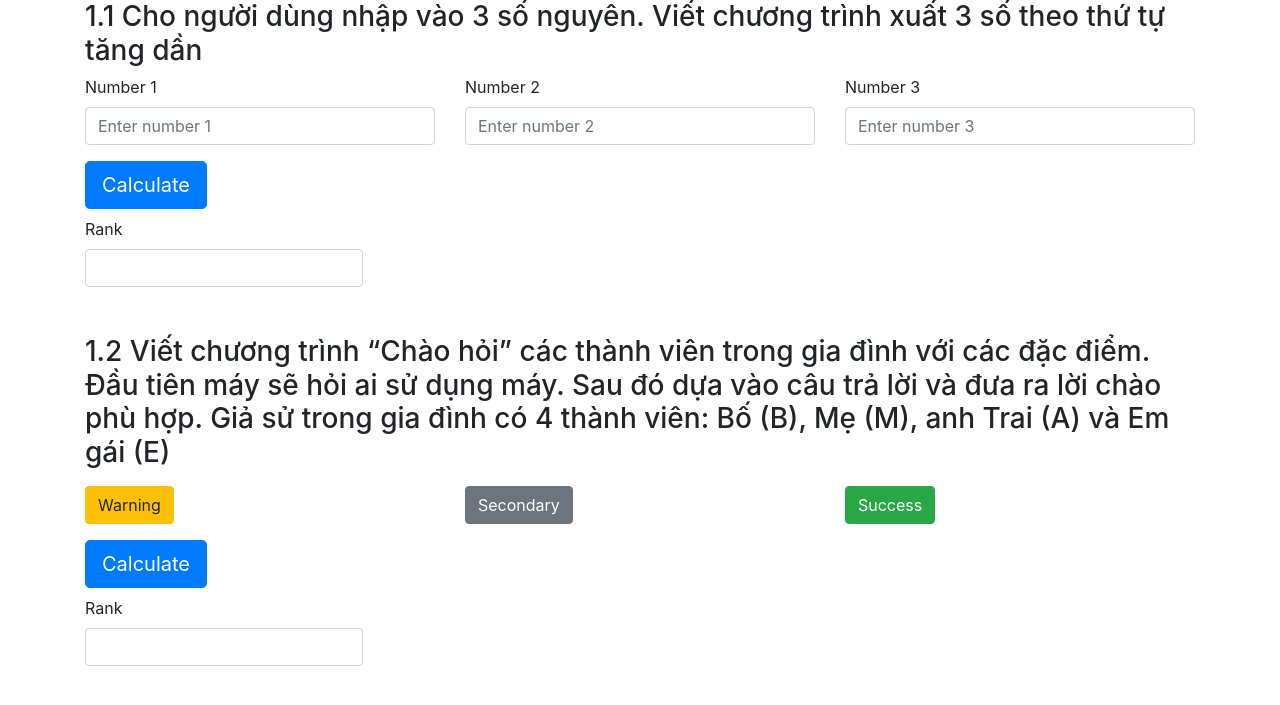
Repository: baobaodeveloper/bootscamp21__jsbasic__HuynhAnhBao
Page: index.html
These files come from the project's save history. The page is drawn as it stood at one moment and after the next save; the edit follows.
The browser window is 1280 px wide. The pictures show the whole page.

Above is the page before, as saved 2022-03-09 23:53:35.

After the next save:
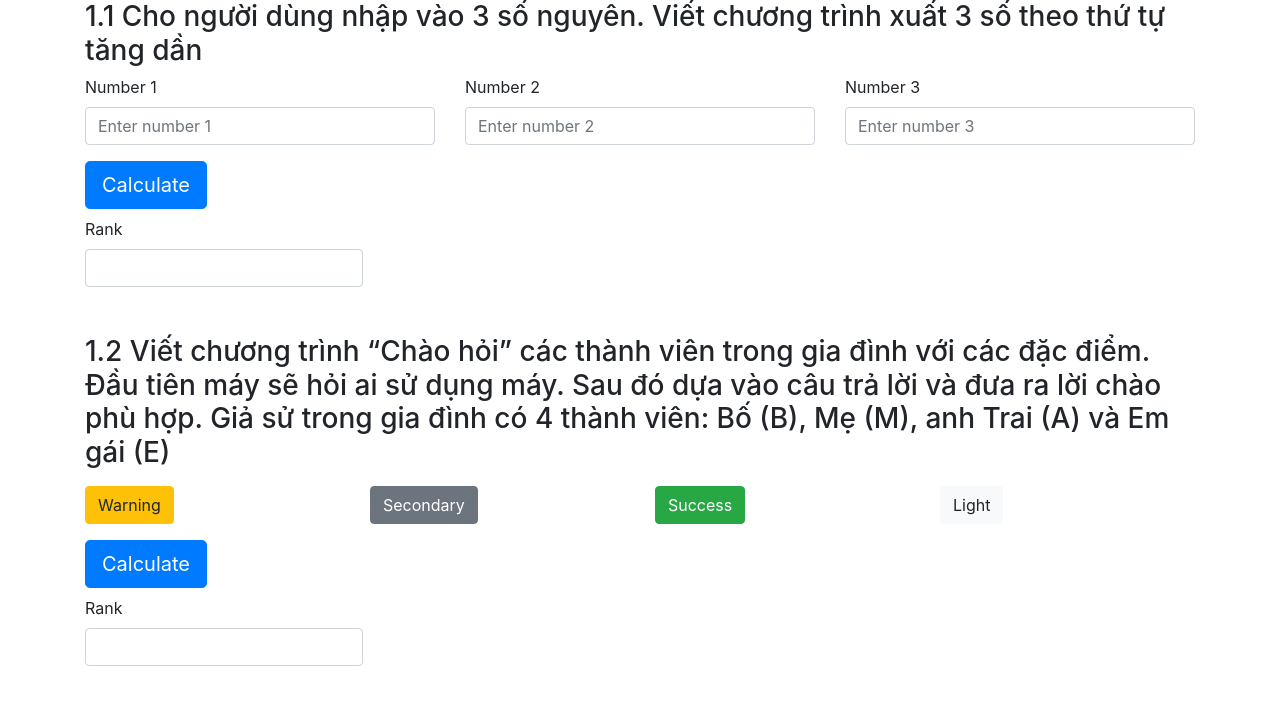
Saved 34 s later.
--- a/index.html
+++ b/index.html
@@ -83,6 +83,9 @@
         <div class="col">
           <button type="button" class="btn btn-success">Success</button>
         </div>
+        <div class="col">
+          <button type="button" class="btn btn-light">Light</button>
+        </div>
       </div>
 
       <button type="button " class="btn btn-primary btn-lg mt-3 mb-2 btn-rank">
